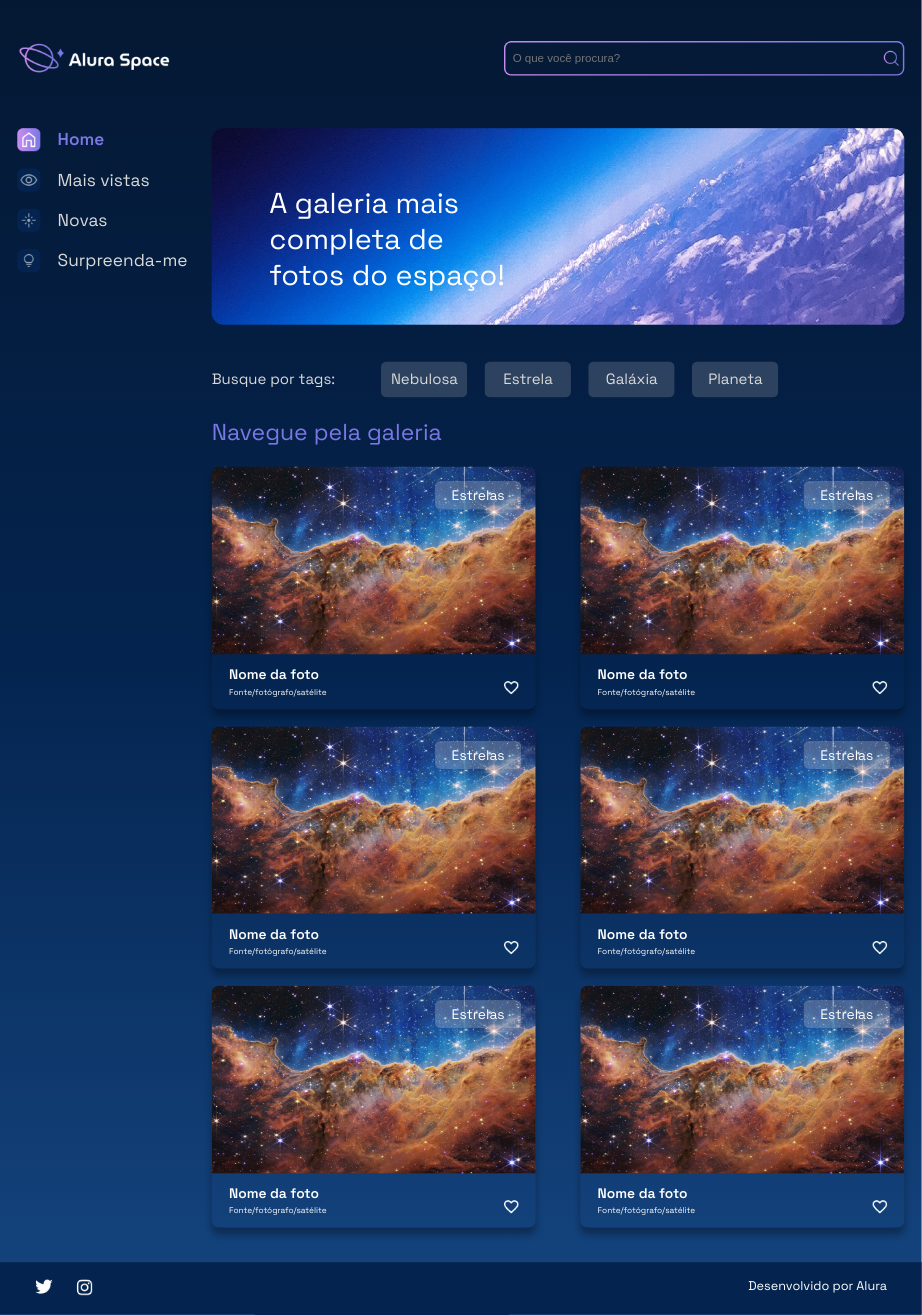
Repository: maxwelllbarboza/app_web
Page: templates/galeria/index.html
An editor plug-in stored every save of this project. The page is shown before and after the next save, followed by the edit.
The browser window is 1280 px wide. The pictures show the whole page, at 72% of full size.
The template is drawn by Django 4.2. The application's start-up code is not run. Other server files are loaded and not shown. The template is opened directly, without the code that normally fills it, so the values that code supplies are empty.

Above is the page before, as saved 2023-10-18 13:16:04.

### templates/galeria/index.html
{%  extends 'galeria/base.html' %}
{% load static %}
{% block content %}
    <div class="pagina-inicial">
        <header class="cabecalho">
            <img src="{% static '/assets/logo/Logo(2).png'%}" alt="Logo da Alura Space" />
            <div class="cabecalho__busca">
                <div class="busca__fundo">
                    <input class="busca__input" type="text" placeholder="O que você procura?">
                    <img class="busca__icone" src="{% static '/assets/ícones/1x/search.png'%}" alt="ícone de search">
                </div>
            </div>
        </header>
        <main class="principal">
            <section class="menu-lateral">
                <nav class="menu-lateral__navegacao">
                    <a href="{% url 'index'%}"><img src="{% static '/assets/ícones/1x/Home - ativo.png'%}"> Home</a>
                    <a href="#"><img src="{% static '/assets/ícones/1x/Mais vistas - inativo.png'%}"> Mais vistas</a>
                    <a href="#"><img src="{% static '/assets/ícones/1x/Novas - inativo.png'%}"> Novas</a>
                    <a href="#"><img src="{% static '/assets/ícones/1x/Surpreenda-me - inativo.png'%}"> Surpreenda-me</a>
                </nav>
            </section>
            <section class="conteudo">
                <section class="banner">
                    <img class="banner__imagem" src="{% static '/assets/imagens/Banner(2).png'%}" alt="banner Alura Space">
                    <h1 class="banner__titulo"> A galeria mais completa de fotos do espaço!</h1>
                </section>
                <section class="tags">
                    <p class="tags__titulo">Busque por tags:</p>
                    <ul class="tags__lista">
                        <li class="tags__tag">Nebulosa</li>
                        <li class="tags__tag">Estrela</li>
                        <li class="tags__tag">Galáxia</li>
                        <li class="tags__tag">Planeta</li>
                    </ul>
                </section>
                <section class="galeria">
                    <div class="cards">
                        <h2 class="cards__titulo">Navegue pela galeria</h2>
                        <ul class="cards__lista">
                            <li class="card">
                                <a href="{% url 'imagem' %}">
                                    <img class="card__imagem" src="{% static '/assets/imagens/galeria/carina-nebula.png'%}" alt="foto">
                                </a>
                                <span class="card__tag">Estrelas</span>
                                <div class="card__info">
                                    <p class="card__titulo">Nome da foto</p>
                                    <div class="card__texto">
                                        <p class="card__descricao">Fonte/fotógrafo/satélite</p>
                                        <span>
                                            <img src="{% static '/assets/ícones/1x/favorite_outline.png'%}" alt="ícone de coração">
                                        </span>
                                    </div>
                                </div>
                            </li>
                            <li class="card">
                                <a href="{% url 'imagem' %}">
                                    <img class="card__imagem" src="{% static '/assets/imagens/galeria/carina-nebula.png'%}" alt="foto">
                                </a>
                                <span class="card__tag">Estrelas</span>
                                <div class="card__info">
                                    <p class="card__titulo">Nome da foto</p>
                                    <div class="card__texto">
                                        <p class="card__descricao">Fonte/fotógrafo/satélite</p>
                                        <span>
                                            <img src="{% static '/assets/ícones/1x/favorite_outline.png'%}" alt="ícone de coração">
                                        </span>
                                    </div>
                                </div>
                            </li>
                            <li class="card">
                                <a href="{% url 'imagem' %}">
                                    <img class="card__imagem" src="{% static '/assets/imagens/galeria/carina-nebula.png'%}" alt="foto">
                                </a>
                                <span class="card__tag">Estrelas</span>
                                <div class="card__info">
                                    <p class="card__titulo">Nome da foto</p>
                                    <div class="card__texto">
                                        <p class="card__descricao">Fonte/fotógrafo/satélite</p>
                                        <span>
                                            <img src="{% static '/assets/ícones/1x/favorite_outline.png'%}" alt="ícone de coração">
                                        </span>
                                    </div>
                                </div>
                            </li>
                            <li class="card">
                                <a href="{% url 'imagem' %}">
                                    <img class="card__imagem" src="{% static '/assets/imagens/galeria/carina-nebula.png'%}" alt="foto">
                                </a>
                                <span class="card__tag">Estrelas</span>
                                <div class="card__info">
                                    <p class="card__titulo">Nome da foto</p>
                                    <div class="card__texto">
                                        <p class="card__descricao">Fonte/fotógrafo/satélite</p>
                                        <span>
                                            <img src="{% static '/assets/ícones/1x/favorite_outline.png'%}" alt="ícone de coração">
                                        </span>
                                    </div>
                                </div>
                            </li>
                            <li class="card">
                                <a href="{% url 'imagem' %}">
                                    <img class="card__imagem" src="{% static '/assets/imagens/galeria/carina-nebula.png'%}" alt="foto">
                                </a>
                                <span class="card__tag">Estrelas</span>
                                <div class="card__info">
                                    <p class="card__titulo">Nome da foto</p>
                                    <div class="card__texto">
                                        <p class="card__descricao">Fonte/fotógrafo/satélite</p>
                                        <span>
                                            <img src="{% static '/assets/ícones/1x/favorite_outline.png'%}" alt="ícone de coração">
                                        </span>
                                    </div>
                                </div>
                            </li>
                            <li class="card">
                                <a href="{% url 'imagem' %}">
                                    <img class="card__imagem" src="{% static '/assets/imagens/galeria/carina-nebula.png'%}" alt="foto">
                                </a>
                                <span class="card__tag">Estrelas</span>
                                <div class="card__info">
                                    <p class="card__titulo">Nome da foto</p>
                                    <div class="card__texto">
                                        <p class="card__descricao">Fonte/fotógrafo/satélite</p>
                                        <span>
                                            <img src="{% static '/assets/ícones/1x/favorite_outline.png'%}" alt="ícone de coração">
                                        </span>
                                    </div>
                                </div>
                            </li>
                        </ul>
                    </div>
                </section>
            </section>
        </main>
    </div>
    <footer class="rodape">
        <div class="rodape__icones">
            <a href="https://twitter.com/AluraOnline" target=”_blank” >
                <img src="{% static '/assets/ícones/1x/twitter.png'%}" alt="ícone twitter">
            </a>
            <a href="https://www.instagram.com/aluraonline/" target=”_blank” >
                <img src="{% static '/assets/ícones/1x/instagram.png'%}" alt="ícone instagram">
            </a>
        </div>
        <p class="rodape__texto">Desenvolvido por Alura</p>
    </footer>
{% endblock %}

### templates/galeria/base.html
{% load static %}
<!DOCTYPE html>
<html lang="pt-br">

    <head>
        <meta charset="UTF-8">
        <meta http-equiv="X-UA-Compatible" content="IE=edge">
        <meta name="viewport" content="width=device-width, initial-scale=1.0">
        <title>Alura Space</title>
        <link rel="preconnect" href="https://fonts.googleapis.com">
        <link rel="preconnect" href="https://fonts.gstatic.com" crossorigin>
        <link href="https://fonts.googleapis.com/css2?family=Space+Grotesk:wght@400;500;600&display=swap" rel="stylesheet">
        <link rel="stylesheet" href="{% static 'styles/style.css' %}">

    </head>

    <body>
        {% block content %}{%  endblock  %}
    </body>

</html>

### setup/static/styles/style.css
/* http://meyerweb.com/eric/tools/css/reset/
   v2.0 | 20110126
   License: none (public domain)
*/


html, body, div, span, applet, object, iframe,
h1, h2, h3, h4, h5, h6, p, blockquote, pre,
a, abbr, acronym, address, big, cite, code,
del, dfn, em, img, ins, kbd, q, s, samp,
small, strike, strong, sub, sup, tt, var,
b, u, i, center,
dl, dt, dd, ol, ul, li,
fieldset, form, label, legend,
table, caption, tbody, tfoot, thead, tr, th, td,
article, aside, canvas, details, embed,
figure, figcaption, footer, header, hgroup,
menu, nav, output, ruby, section, summary,
time, mark, audio, video {
    margin: 0;
    padding: 0;
    border: 0;
    font-size: 100%;
    font: inherit;
    vertical-align: baseline;
}
/* HTML5 display-role reset for older browsers */
article, aside, details, figcaption, figure,
footer, header, hgroup, menu, nav, section {
    display: block;
}
body {
    line-height: 1;
    font-family: 'Space Grotesk', sans-serif;
    min-height: 100vh;
    background: linear-gradient(#041833,#04244F,#154580);
    background-repeat: no-repeat;
    background-position: center;
    background-size: cover;
}
ol, ul {
    list-style: none;
}
blockquote, q {
    quotes: none;
}
blockquote:before, blockquote:after,
q:before, q:after {
    content: '';
    content: none;
}
table {
    border-collapse: collapse;
    border-spacing: 0;
}

.banner {
    width: auto;
    position: relative;
    margin-bottom: 1.5rem;
}

.banner__imagem {
    width: 100%;
}

.banner__titulo {
    color: #FFFFFF;
    font-size: 40px;
    width: 350px;
    line-height: 50px;
    position: absolute;
    top: 80px;
    left: 80px;
}

.cabecalho {
    align-items: center;
    display: flex;
    justify-content: space-between;
    margin: 1.5rem 0 4rem 0;
}

.cabecalho__busca {
    align-items: center;
    border-radius: 10px;
    background: linear-gradient(45deg, #C98CF1,#7B78E5);
    display: flex;
    height: auto;
    justify-content: space-between;
    padding: 2px;
    width: auto;
}

.busca__fundo {
    align-items: center;
    background-color: #041A37;
    border-radius: 8px;
    display: flex;
    margin: 0 auto;
    width: 100%;
}

.busca__input {
    align-items: center;
    background-color: transparent;
    border: none;
    font-size: 1rem;
    height: 24px;
    padding: 10px;
    width: 500px;
}

.busca__icone {
    cursor: pointer;
    width: 2rem;
    height: 2rem;
}

.cards {
    width: 100%;
}

.cards__titulo {
    color: #7B78E5;
    font-size: 2rem;
    line-height: 3rem;
    margin-bottom: 1.5rem;
}

.cards__lista{
    display: flex;
    flex-wrap: wrap;
    justify-content: space-between;
    align-content: space-between;
}

.card {
    border-radius: 10px;
    box-shadow: 0px 10px 10px #00000050;
    color: #FFFFFF;
    margin-bottom: 1.5rem;
    position: relative;
    width: 450px;
}

.card__imagem {
    width: 450px;
    border-radius: 10px 10px 0 0;
}

.card__tag {
    background-color: #D9D9D940;
    border-radius: 8px;
    border: 2px solid transparent;
    font-size: 1.2rem;
    left: 310px;
    margin-right: 1.5rem;
    padding: .5rem .5rem;
    position: absolute;
    text-align: center;
    top: 20px;
    width: 100px;
}

.card__info {
    font-size: 1.2rem;
    padding: 0 1.5rem 1rem 1.5rem;
}

.card__titulo {
    font-weight: bold;
    line-height: 1.2rem;
    margin-top: 0.8em;
}

.card__texto {
    display: flex;
    justify-content: space-between;
    flex-wrap: wrap;
}

.card__texto img {
    cursor: pointer;
}

.card__descricao {
    font-size: 0.6em;
    margin-top: 0.8em;
}

.galeria {
    display: flex;
    width: 100%;
}

.imagem {
    display: flex;
    justify-content: center;
    align-items: center;
}

.imagem__conteudo {
    background-color: transparent;
    display: flex;
    flex-direction: column;
    border-radius: 20px 20px 0 0;
    width: 950px;
}

.imagem__imagem {
    width: 100%;
    border-radius: 20px;
}

.imagem__info {
    font-size: 1.2rem;
    display: flex;
    justify-content: space-between;
    align-items: center;
    margin-bottom: 1rem;
    margin-top: 1rem;
}

.imagem__texto {
    display: flex;
    flex-direction: column;
    justify-content: space-between;
    color: #FFFFFF;
    margin-top: 0.5rem;
}

.imagem__titulo {
    font-weight: bold;
    line-height: 2rem;
    color: #FFFFFF;
}

.imagem__texto {
    font-size: 1rem;
}

.imagem__descricao {
    font-size: 0.7rem;
}

.menu-lateral {
    padding-right: 1.5rem;
    box-sizing: border-box;
    min-width: 270px;
}

.menu-lateral__navegacao {
    display: flex;
    flex-direction: column;
}

.menu-lateral__navegacao a {
    font-family: 'Space Grotesk', sans-serif;
    align-items: center;
    display: flex;
    margin-bottom: 1.5rem;
    text-decoration: none;
    color: #D9D9D9;
    font-size: 24px;
}

.menu-lateral__navegacao a:first-child {
    font-weight: bold;
    color: #7B78E5;
}

.menu-lateral__navegacao img {
    margin-right: 1.5rem;
}

.pagina-inicial {
    max-width: 1440px;
    padding: 1.5rem;
    margin: 0 auto;
}

.populares {
    margin-left: 1.5rem;
}

.populares__titulo {
    font-size: 2rem;
    color: #7B78E5;
    line-height: 3rem;
    margin-bottom: 1.5rem;
}

.populares__imagens {
    display: flex;
    flex-direction: column;
}

.populares__imagem {
    margin-bottom: 1.5rem;
}

.populares__botao {
    width: 100%;
    height: 50px;
    border-radius: 10px;
    background: linear-gradient(45deg, #C98CF1,#7B78E5);
    padding: 2px;
    box-sizing: border-box;
}

.populares__link {
    display: flex;
    justify-content: center;
    align-items: center;
    font-size: 20px;
    text-decoration: none;
    color: #FFFFFF;
    background-color: #082D5C;
    width: 100%;
    height: 100%;
    border-radius: 8px;
    transition: .5s;
}

.populares__link:hover {
    background: transparent;
}

.principal {
    display: flex;
    justify-content: space-between;
}

.rodape {
    background-color: #04244F;
    width: 100%;
    padding: 1.5rem 3rem;
    box-sizing: border-box;
    display: flex;
    justify-content: space-between;
    color: #FFFFFF;
}

.rodape__icones {
    width: 80px;
    display: flex;
    justify-content: space-between;
}

.rodape__texto {
    font-size: 1.1rem;
}

.tags {
    padding: 1.5rem 0;
    display: flex;
    align-items: center;
    color: #D9D9D9;
    font-size: 1.3rem;
}

.tags__titulo {
    margin-right: 4rem;
}

.tags__lista {
    display: flex;
}

.tags__tag {
    background-color: #D9D9D930;
    margin-right: 1.5rem;
    border-radius: 8px;
    padding: .8rem .5rem;
    width: 100px;
    text-align: center;
    border: 2px solid transparent;
}

.tags__tag:hover {
    border: 2px solid #7B78E5;
    cursor: pointer;
}

After the next save:
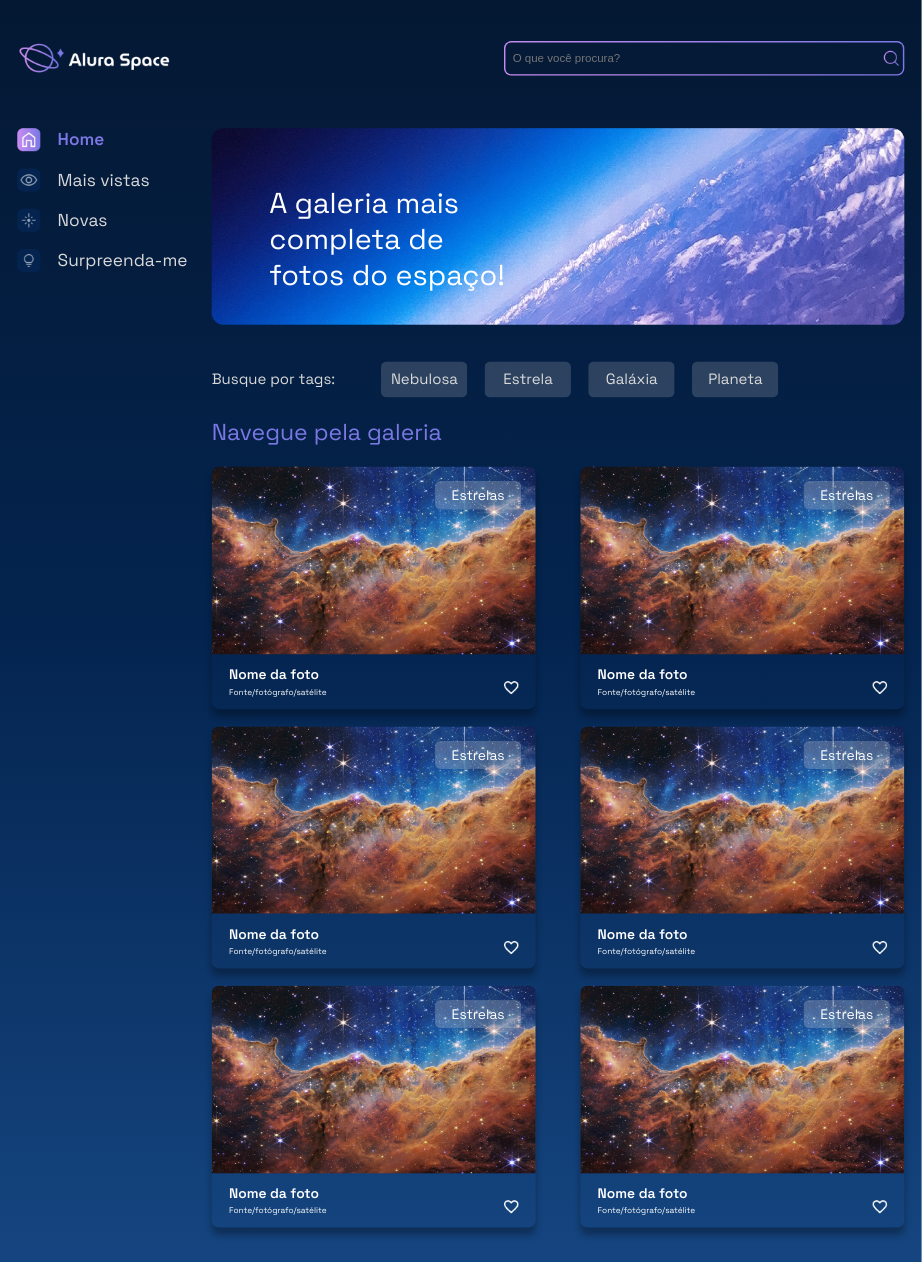
Saved 16 s later.
--- a/templates/galeria/index.html
+++ b/templates/galeria/index.html
@@ -134,15 +134,5 @@
             </section>
         </main>
     </div>
-    <footer class="rodape">
-        <div class="rodape__icones">
-            <a href="https://twitter.com/AluraOnline" target=”_blank” >
-                <img src="{% static '/assets/ícones/1x/twitter.png'%}" alt="ícone twitter">
-            </a>
-            <a href="https://www.instagram.com/aluraonline/" target=”_blank” >
-                <img src="{% static '/assets/ícones/1x/instagram.png'%}" alt="ícone instagram">
-            </a>
-        </div>
-        <p class="rodape__texto">Desenvolvido por Alura</p>
-    </footer>
+
 {% endblock %}
